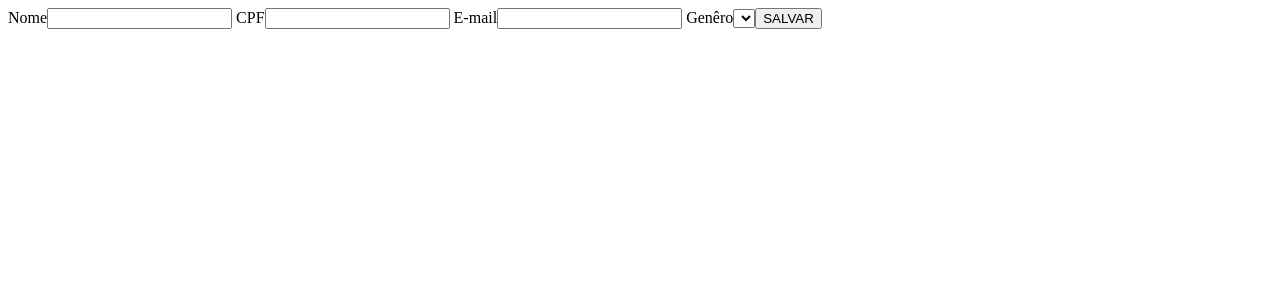
Repository: BrunoFBI/LED-2019
Page: http://localhost/les12015-web/CadastroCliente.jsp
An editor plug-in stored every save of this project. The page is shown before and after the next save, followed by the edit.
The browser window is 1280 px wide. The pictures show the whole page.
The page is served by Tomcat 9. Other server files are loaded and not shown.

Above is the page before, as saved 2019-02-12 16:46:25.

### les12015-web/WebContent/CadastroCliente.jsp
<%@ page language="java" contentType="text/html; charset=ISO-8859-1"
    pageEncoding="ISO-8859-1"%>
<!DOCTYPE html>
<html>
<head>
<meta charset="ISO-8859-1">
<title>Cadastro de Clientes</title>

</head>
<body>

	<form method="post" action="SalvarCliente">
		Nome<input type="text" id="txtNome" name="txtNome"/>
		CPF<input type="text" id="txtCpf" name="txtCpf"/>
		E-mail<input type="text" id="email" name="email"/>
		Genêro<select  id="gender" name="gender"/>

		<input type="submit" name="operacao" value="SALVAR" id="operacao">
	</form>
</body>
</html>

After the next save:
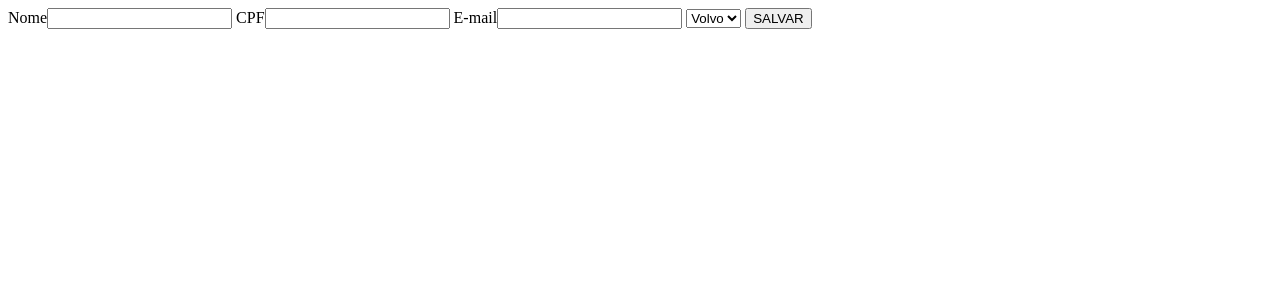
Saved 20 min 12 s later.
--- a/les12015-web/WebContent/CadastroCliente.jsp
+++ b/les12015-web/WebContent/CadastroCliente.jsp
@@ -13,7 +13,9 @@
 		Nome<input type="text" id="txtNome" name="txtNome"/>
 		CPF<input type="text" id="txtCpf" name="txtCpf"/>
 		E-mail<input type="text" id="email" name="email"/>
-		Genêro<select  id="gender" name="gender"/>
+		<select id="gender" name="gender">
+		  <option value="volvo">Volvo</option>
+		</select>
 
 		<input type="submit" name="operacao" value="SALVAR" id="operacao">
 	</form>
